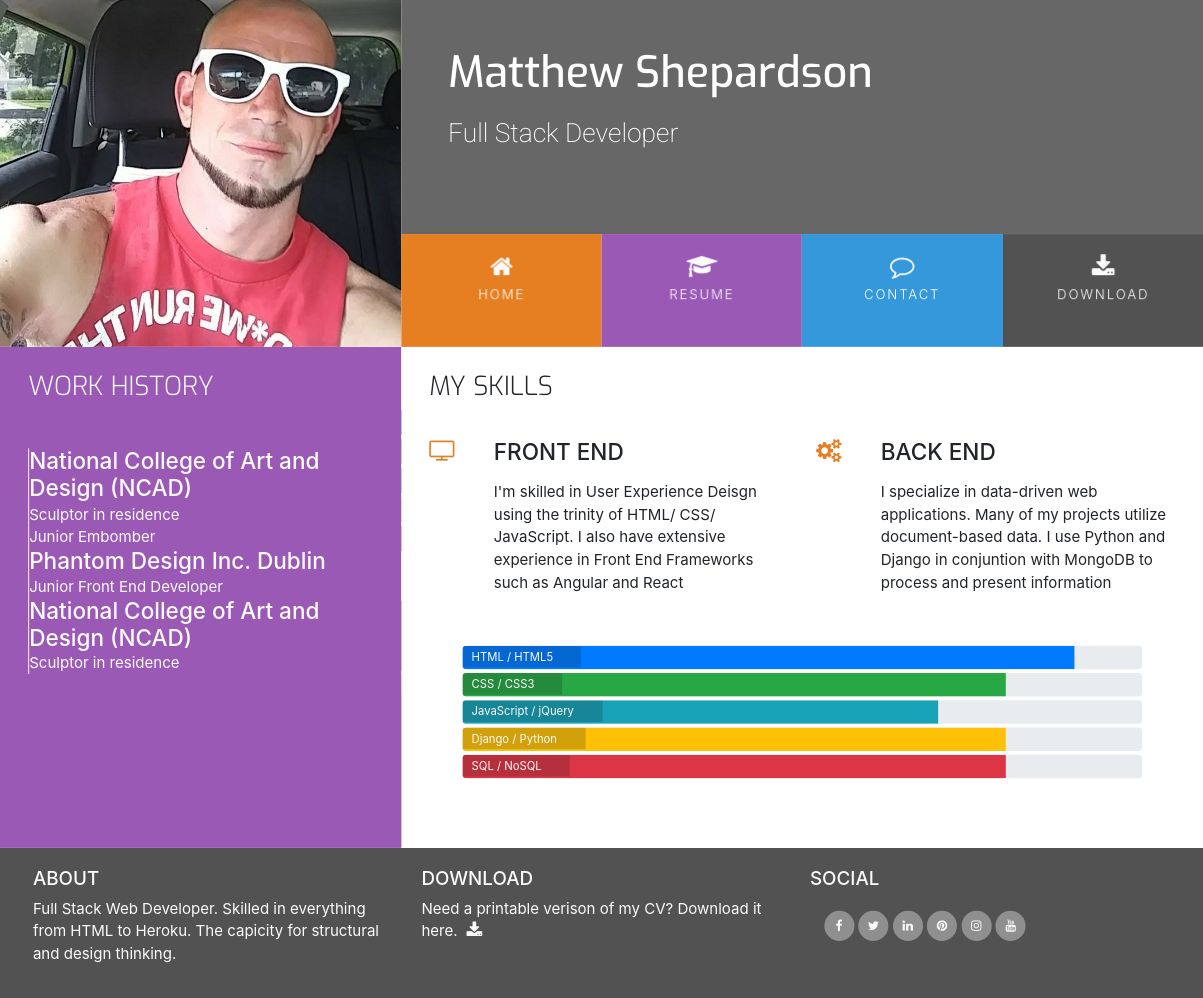
Repository: mshep6517/resume-project
Page: resume.html
The author's editor kept a record of every edit. The page is drawn from the files as they stood at one moment, then again after the next edit.
The browser window is 1280 px wide. The pictures show the whole page, at 94% of full size.
Some web libraries are served in a nearby version.

Above is the page before.

After the next edit:
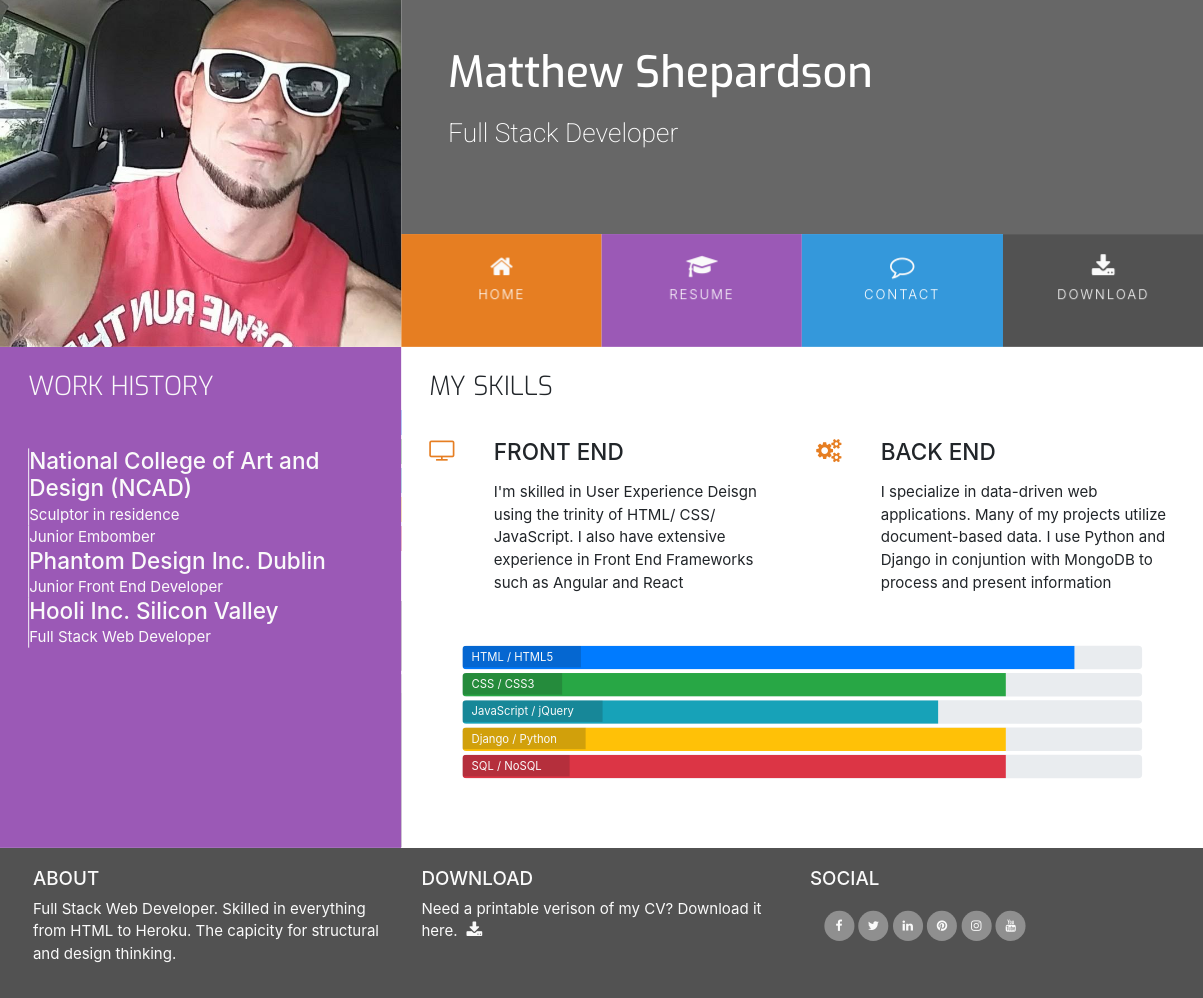
The edit:
--- a/resume.html
+++ b/resume.html
@@ -66,9 +66,9 @@
                     <h4>Phantom Design Inc. Dublin</h4>
                     <p>Junior Front End Developer</p>
                 </div>
-                <div class="timeline-item" data-dates="02/1998 - 04/2004">
-                    <h4>National College of Art and Design (NCAD)</h4>
-                    <p>Sculptor in residence</p>
+                <div class="timeline-item" data-dates="06/2011 - Present">
+                    <h4>Hooli Inc. Silicon Valley</h4>
+                    <p>Full Stack Web Developer</p>
                 </div>
             </div>
             <div class="col-md-8 bg-color-three-reasons section-column">
